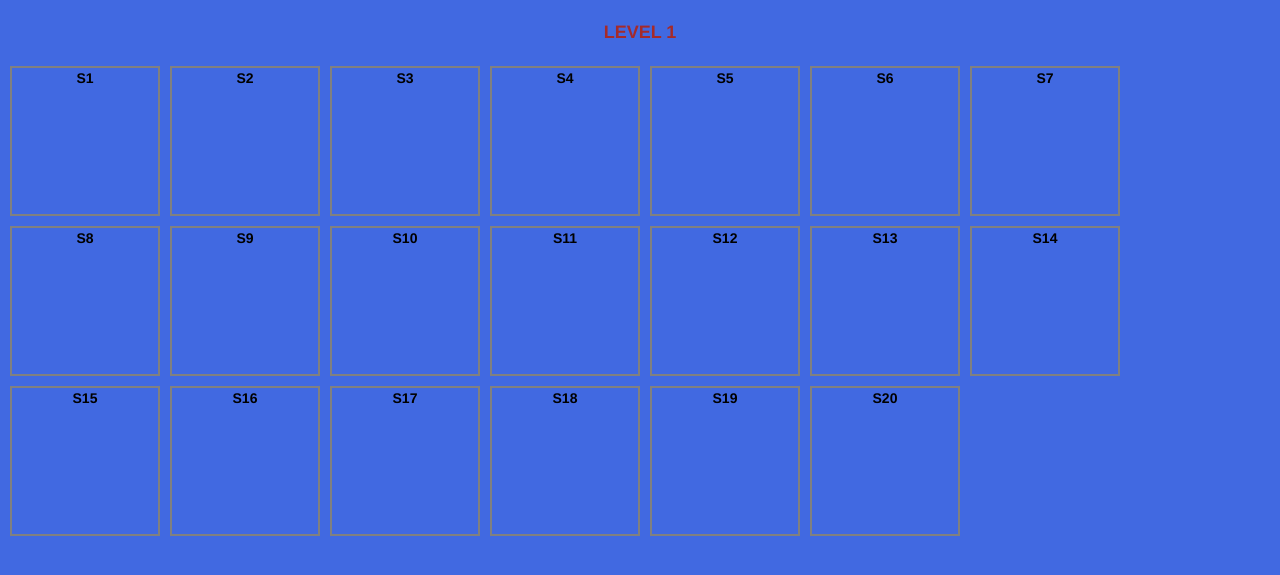
Repository: Shenba-Ps/Jsp-Servlet-B
Page: http://localhost/Test/Booking.jsp
An editor plug-in stored every save of this project. The page is shown before and after the next save, followed by the edit.
The browser window is 1280 px wide. The pictures show the whole page.
The page is served by Tomcat 9. Other server files are loaded and not shown.

Above is the page before, as saved 2023-06-15 13:26:14.

### Test/src/main/webapp/Booking.jsp
<!DOCTYPE HTML><%@page language="java"
	contentType="text/html; charset=ISO-8859-1" pageEncoding="ISO-8859-1"%>
<html>
<head>
<title>Booking</title>
<meta http-equiv="Content-Type" content="text/html; charset=ISO-8859-1">
<link rel="stylesheet" href="Plugins/Boostrap.css">
<link rel="stylesheet" href="Script/Common.css">
<script src="Plugins/jQuery.js"></script>
<script src="Plugins/bootstrap.js"></script>
<script src="Script/Booking.js"></script>
</head>
<body>
	<div style="height: 100vh; background-color: #4169E1;">
		<div>
			<div class="Level1">
				<div class="Title form-group" style="text-align: center;">LEVEL
					1</div>
				<div class="row">
					<div class="col-md-2 Slot Free">S1</div>
					<div class="col-md-2 Slot Free">S2</div>
					<div class="col-md-2 Slot Free">S3</div>
					<div class="col-md-2 Slot Free">S4</div>
					<div class="col-md-2 Slot Free">S5</div>
					<div class="col-md-2 Slot Free">S6</div>
					<div class="col-md-2 Slot Free">S7</div>
					<div class="col-md-2 Slot Free">S8</div>
					<div class="col-md-2 Slot Free">S9</div>
					<div class="col-md-2 Slot Free">S10</div>
					<div class="col-md-2 Slot Free">S11</div>
					<div class="col-md-2 Slot Free">S12</div>
					<div class="col-md-2 Slot Free">S13</div>
					<div class="col-md-2 Slot Free">S14</div>
					<div class="col-md-2 Slot Free">S15</div>
					<div class="col-md-2 Slot Free">S16</div>
					<div class="col-md-2 Slot Free">S17</div>
					<div class="col-md-2 Slot Free">S18</div>
					<div class="col-md-2 Slot Free">S19</div>
					<div class="col-md-2 Slot Free">S20</div>
				</div>
			</div>
		</div>
		<!-- Modal -->
		<div class="modal fade" data-backdrop="static" id="mdlCustomerDetail"
			role="dialog">
			<div class="modal-dialog" style="width: 70%;">
				<!-- Modal content-->
				<div class="modal-content">
					<div class="modal-body">
						<div class="Title form-group" style="text-align: center;">Please
							enter your booking information</div>
						<div class="row form-group">
							<div class="col-xs-3 RightAlign">
								<label>Name</label>
							</div>
							<div class="col-xs-6">
								<input class="form-control" type="text" id="idName"
									name="nmName">
								<div class="ControlErrorMessage" id="errName"></div>
							</div>
						</div>
						<div class="row form-group">
							<div class="col-xs-3 RightAlign">
								<label>Address</label>
							</div>
							<div class="col-xs-6">
								<textarea class="form-control" id="idAddress" name="nmAddress"></textarea>
								<div class="ControlErrorMessage" id="errAddress"></div>
							</div>
						</div>
						<div class="row form-group">
							<div class="col-xs-3 RightAlign">
								<label>NRIC</label>
							</div>
							<div class="col-xs-6">
								<input class="form-control" type="text" id="idNRIC"
									name="nmNRIC">
								<div class="ControlErrorMessage" id="errNRIC"></div>
							</div>
						</div>
						<div class="row form-group">
							<div class="col-xs-3 RightAlign">
								<label>Usage Trade</label>
							</div>
							<div class="col-xs-6">
								<select class="form-control" name="UsageTrade" id="idUsageTrade">
									<option value="Credit Card Promotion">Credit Card
										Promotion</option>
									<option value="F&B">F&B</option>
									<option value="Hairdressing">Hairdressing</option>
									<option value="Clothing">Clothing</option>
									<option value="Others">Others</option>
								</select>
								<div class="ControlErrorMessage" id="errUserTrade"></div>
							</div>
						</div>
						<div class="row form-group">
							<div class="col-xs-3 RightAlign">
								<label>Others</label>
							</div>
							<div class="col-xs-6">
								<input class="form-control" type="text" id="idOthers"
									name="nmOthers">
								<div class="ControlErrorMessage" id="errOthers"></div>
							</div>
						</div>
						<div class="row form-group">
							<div class="col-xs-3 RightAlign">
								<label>Email</label>
							</div>
							<div class="col-xs-6">
								<input class="form-control" type="text" id="idEmail"
									name="nmEmail">
								<div class="ControlErrorMessage" id="errEmail"></div>
							</div>
						</div>
						<div class="row form-group">
							<div class="col-xs-3 RightAlign">
								<label>Home</label>
							</div>
							<div class="col-xs-6">
								<input class="form-control PhoneNumber" type="text"
									id="idHomeTel" name="nmHome" maxlength="8">
								<div class="ControlErrorMessage" id="errHomeTel"></div>
							</div>
						</div>
						<div class="row form-group">
							<div class="col-xs-3 RightAlign">
								<label>Office</label>
							</div>
							<div class="col-xs-6">
								<input class="form-control PhoneNumber" type="text"
									id="idOfficeTel" name="nmOffice" maxlength="8">
								<div class="ControlErrorMessage" id="errOfficeTel"></div>
							</div>
						</div>
						<div class="row form-group">
							<div class="col-xs-3 RightAlign">
								<label>Mobile</label>
							</div>
							<div class="col-xs-6">
								<input class="form-control PhoneNumber" type="text"
									id="idMobile" name="nmMobile" maxlength="8">
								<div class="ControlErrorMessage" id="errMobile"></div>
							</div>
						</div>
						<div class="row form-group">
							<div class="col-xs-3 RightAlign">
								<label>Booking Date</label>
							</div>
							<div class="col-xs-6">
								<input class="form-control" type="date" id="idBookingDate"
									name="nmBookingDate">
								<div class="ControlErrorMessage" id="errBookingDate"></div>
							</div>
						</div>
					</div>
					<div class="modal-footer">
						<button type="button" class="btn btn-primary"
							onclick="onclickBookSlot()">Book Slot</button>
						<button type="button" class="btn btn-primary" id="btnBookSlot"
							style="display: none;"></button>
						<div class="ControlErrorMessage" id="errBookingSlot"></div>
					</div>
				</div>
			</div>
		</div>
	</div>
</body>
</html>

### Test/src/main/webapp/Script/Common.css
.Title {
	font-size: 18px;
	color: brown;
	font-weight: bold;
}

.RightAlign {
	text-align: center;
}

.ControlError {
	border: 2px solid red;
}

.ControlErrorMessage {
	color: red;
	font-weight: 600;
}

.Level1 {
	padding: 20px;
}

.Slot {
	border: 2px solid gray;
	margin: 5px;
	height: 150px;
	width: 150px;
}

.Free {
	background-color: whote;
	color: black;
	font-weight: 600;
	text-align: center;
}

.Booked {
	background-color: gray;
	color: white;
	font-weight: 600;
	text-align: center;
}

### Test/src/main/webapp/Script/Booking.js
$(function() {
	//OpenCustomerDetail();
});

function OpenCustomerDetail() {
	$('#mdlCustomerDetail').modal('show');
}

function onclickBookSlot() {
	$('#idName').removeClass("ControlError");
	$('#errName').hide();
	$('#idAddress').removeClass("ControlError");
	$('#errAddress').hide();
	$('#idNRIC').removeClass("ControlError");
	$('#errNRIC').hide();
	$('#idUsageTrade').removeClass("ControlError");
	$('#errUsageTrade').hide();
	$('#idOthers').removeClass("ControlError");
	$('#errOthers').hide();
	$('#idEmail').removeClass("ControlError");
	$('#errEmail').hide();
	$('#idHomeTel').removeClass("ControlError");
	$('#errHomeTel').hide();
	$('#idNOfficeTel').removeClass("ControlError");
	$('#errOfficeTel').hide();
	$('#idMobile').removeClass("ControlError");
	$('#errMobile').hide();
	$('#idBookingDate').removeClass("ControlError");
	$('#errBookingDate').hide();
	if ($('#idName').val() == "") {
		$('#idName').addClass("ControlError");
		$('#errName').html("* Please enter your name");
		$('#errName').show();
	}
	if ($('#idAddress').val() == "") {
		$('#idAddress').addClass("ControlError");
		$('#errAddress').html("* Please enter your address");
		$('#errAddress').show();
	}
	if ($('#idNRIC').val() == "") {
		$('#idNRIC').addClass("ControlError");
		$('#errNRIC').html("* Please enter your NRIC");
		$('#errNRIC').show();
	}
	if ($('#idUsageTrade').val() == "") {
		$('#idUsageTrade').addClass("ControlError");
		$('#errUsageTrade').html("* Please select usage trade");
		$('#errUsageTrade').show();
	}
	if ($('#idOthers').val() == "") {
		$('#idOthers').addClass("ControlError");
		$('#errOthers').html("* Please enter usage trade details");
		$('#errOthers').show();
	}
	if ($('#idEmail').val() == "") {
		$('#idEmail').addClass("ControlError");
		$('#errEmail').html("* Please enter your email");
		$('#errEmail').show();
	}
	if ($('#idHomeTel').val() == "") {
		$('#idHomeTel').addClass("ControlError");
		$('#errHomeTel').html("* Please enter your home number");
		$('#errHomeTel').show();
	}
	if ($('#idOfficeTel').val() == "") {
		$('#idOfficeTel').addClass("ControlError");
		$('#errOfficeTel').html("* Please enter your office number");
		$('#errOfficeTel').show();
	}
	if ($('#idMobile').val() == "") {
		$('#idMobile').addClass("ControlError");
		$('#errMobile').html("* Please enter your mobile number");
		$('#errMobile').show();
	}
	if ($('#idBookingDate').val() == "") {
		$('#idBookingDate').addClass("ControlError");
		$('#errBookingDate').html("* Please select booking date");
		$('#errBookingDate').show();
	}
}

Loaded but not shown: Test/src/main/webapp/Plugins/Boostrap.css (library); Test/src/main/webapp/Plugins/jQuery.js (library); Test/src/main/webapp/Plugins/bootstrap.js (library)

After the next save:
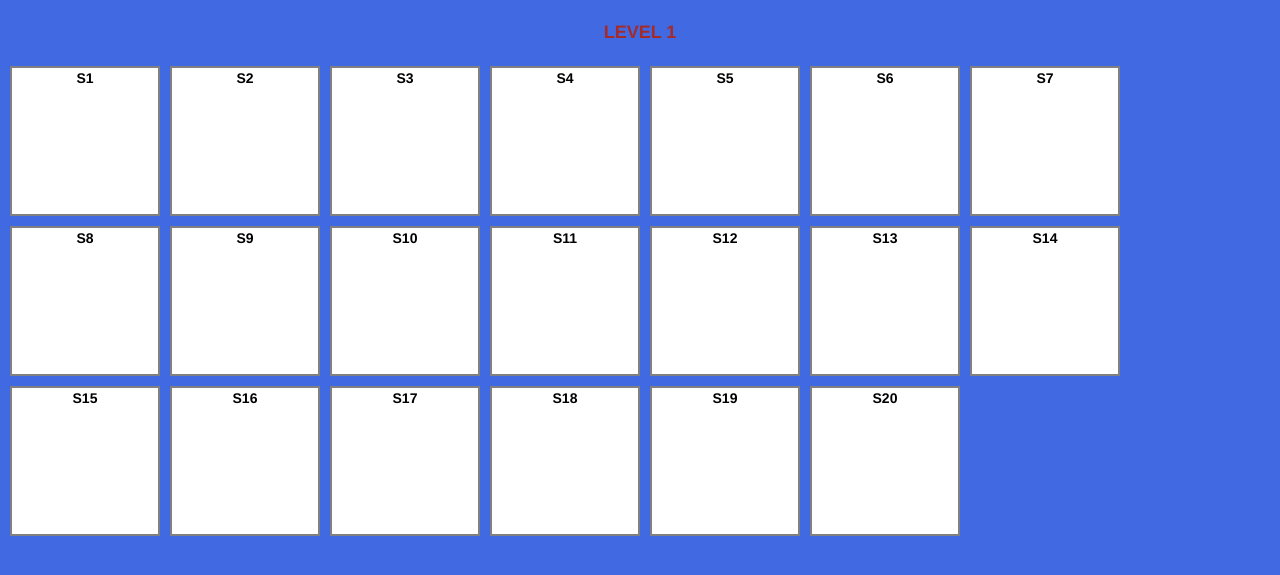
Saved 12 s later.
--- a/Test/src/main/webapp/Script/Common.css
+++ b/Test/src/main/webapp/Script/Common.css
@@ -29,7 +29,7 @@
 }
 
 .Free {
-	background-color: whote;
+	background-color: white;
 	color: black;
 	font-weight: 600;
 	text-align: center;
